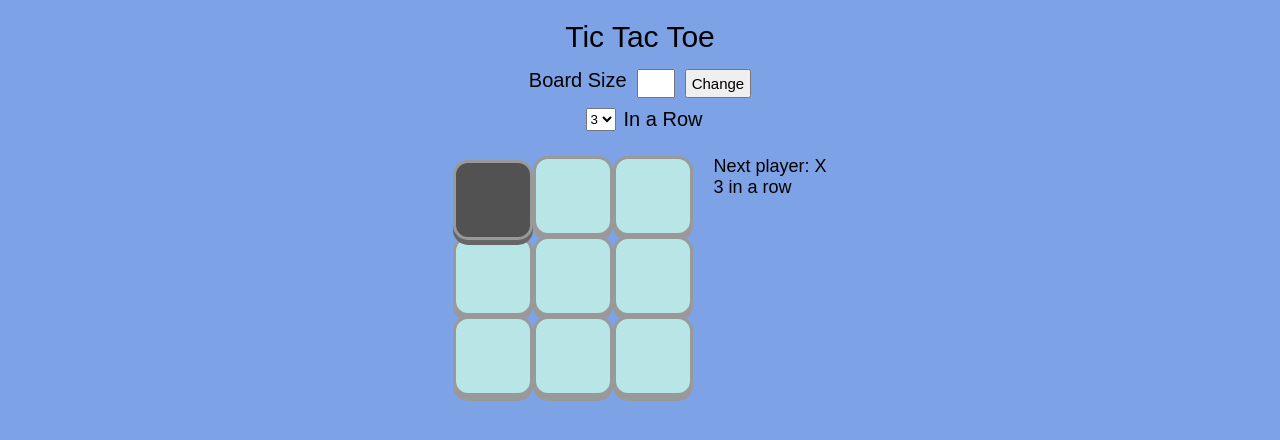
Repository: yshong211/tic-tac-toe-0708
Page: /
An editor plug-in stored every save of this project. The page is shown before and after a run of saves, followed by the edit.
The browser window is 1280 px wide. The pictures show the whole page.
The first visible `.square` is being pressed.
The project was rebuilt for these pictures with package versions that can differ from the ones it lists, and the page was loaded fresh each time.

Above is the page before, as saved 2020-07-09 10:43:29.

After the next 2 saves:
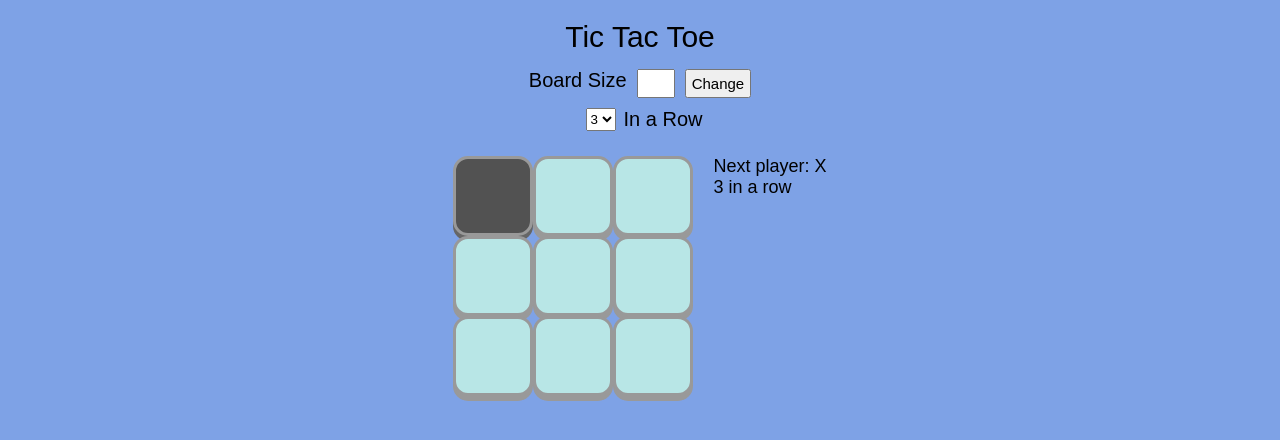
The 2 saves are shown as one change because they came seconds apart.
The last was saved 25 s later.
--- a/src/components/square/square.css
+++ b/src/components/square/square.css
@@ -19,5 +19,5 @@
 .square:active {
   background-color: #525252;
   box-shadow: 0 5px #666;
-  transform: translateY(4px);
+  /*transform: translateY(4px);*/
 }
